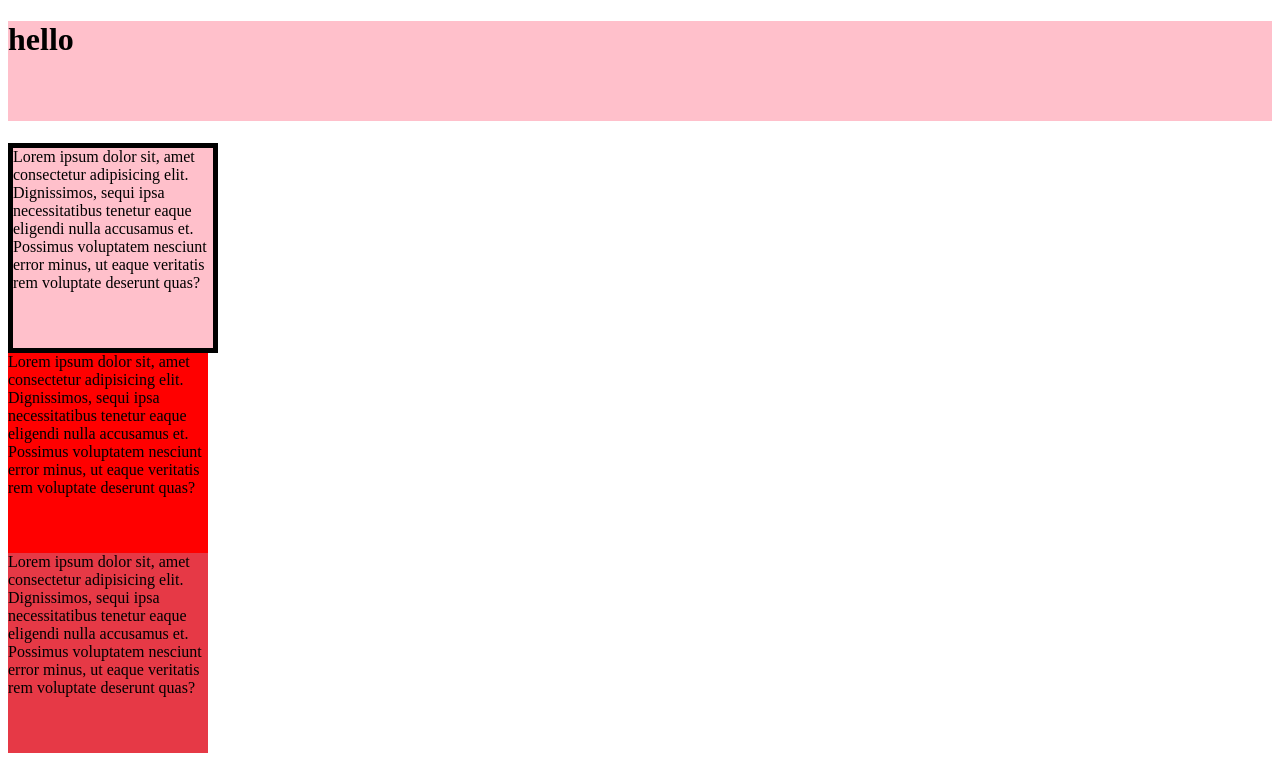
Repository: zhFIsHappy/UdemyFullStack
Page: index1.html
The author's editor kept a copy of each file at every save. The page is drawn from the files as they stood at one save, then again after a run of saves.
The browser window is 1280 px wide. The pictures show the whole page.

Above is the page before, as saved 2022-03-22 20:42:46.

### index1.html
<!DOCTYPE html>
<html lang="en">
<head>
    <meta charset="UTF-8">
    <meta http-equiv="X-UA-Compatible" content="IE=edge">
    <meta name="viewport" content="width=device-width, initial-scale=1.0">
    <title>Document</title>
    <link rel="stylesheet" href="app1.css">
</head>
<body>
    <h1>hello</h1>
    <div id ="one">Lorem ipsum dolor sit, amet consectetur adipisicing elit. Dignissimos, sequi ipsa necessitatibus tenetur eaque eligendi nulla accusamus et. Possimus voluptatem nesciunt error minus, ut eaque veritatis rem voluptate deserunt quas?</div>
    <div id ="two">Lorem ipsum dolor sit, amet consectetur adipisicing elit. Dignissimos, sequi ipsa necessitatibus tenetur eaque
    eligendi nulla accusamus et. Possimus voluptatem nesciunt error minus, ut eaque veritatis rem voluptate deserunt
    quas?</div>
    <div id ="three">Lorem ipsum dolor sit, amet consectetur adipisicing elit. Dignissimos, sequi ipsa necessitatibus tenetur eaque
    eligendi nulla accusamus et. Possimus voluptatem nesciunt error minus, ut eaque veritatis rem voluptate deserunt
    quas?</div>

</body>
</html>

### app1.css
/*height and width*/
div{
    width: 200px;
    height: 200px;
    background-color: #e63946
}
h1{
    background-color: pink;
    height:100px;
}
/* border : width, color, style*/
#one {
    background-color: pink;
    border-width: 5px;
    border-color : black;
    border-style: solid;
    box-sizeing: border-box;
}

#two{
    background-color: red;
    border-color: #f1faee;
    border-width:
}

#three{
    background-color:
}

After the next 2 saves:
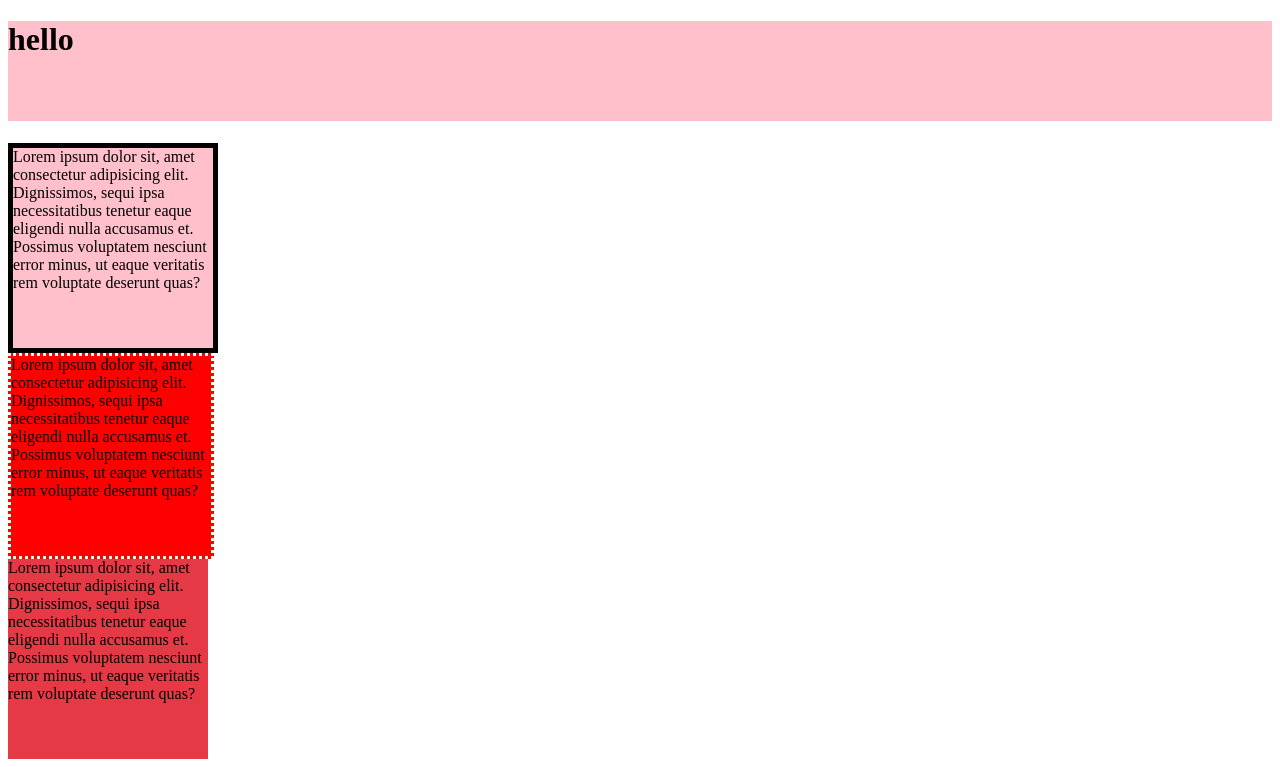
The 2 saves are shown as one change because they came seconds apart.
The last was saved 15 s later.
--- a/app1.css
+++ b/app1.css
@@ -20,7 +20,8 @@
 #two{
     background-color: red;
     border-color: #f1faee;
-    border-width:
+    border-width: 3px;
+    border-style: dotted;
 }
 
 #three{
